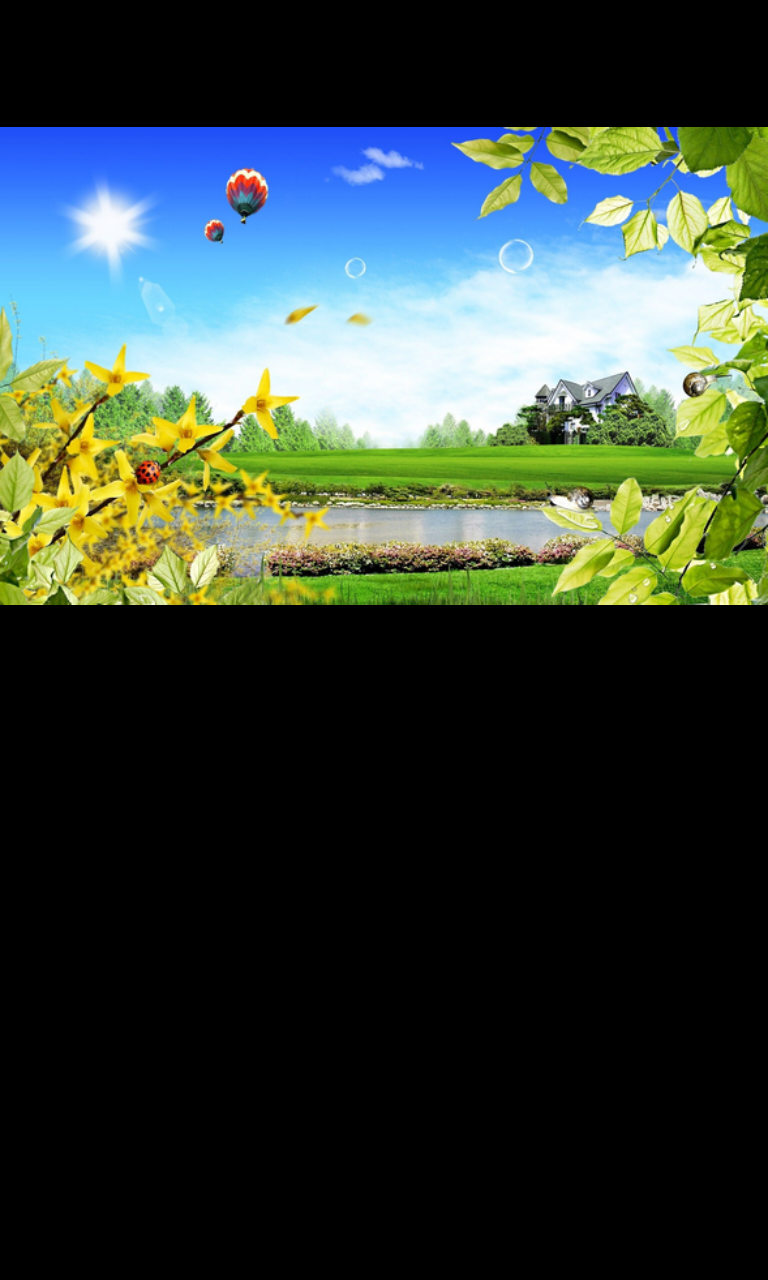
Repository: GuangmingChan/DevelopAndroidApp
Layout: demoImageView/res/layout/main.xml
The author's editor kept a copy of each file at every save. The layout is drawn from the files as they stood at one save, then again after the next save.
It is drawn on a 768 x 1280 px phone screen (xhdpi) without system bars, with theme android:Theme.Holo; the app's code is not run.

Above is the layout before, as saved 2017-03-13 06:31:46.

### demoImageView/res/layout/main.xml
<?xml version="1.0" encoding="utf-8"?>
<LinearLayout xmlns:android="http://schemas.android.com/apk/res/android"
    android:layout_width="fill_parent"
    android:layout_height="fill_parent"
    android:orientation="vertical" >

    <ImageView
        android:src="@drawable/sunshine"
        android:adjustViewBounds="false"
        android:layout_width="wrap_content"
        android:layout_height="wrap_content"
        android:maxWidth="300dp"
        android:maxHeight="200dp"
        android:scaleType="fitCenter"
    />

</LinearLayout>

After the next save:
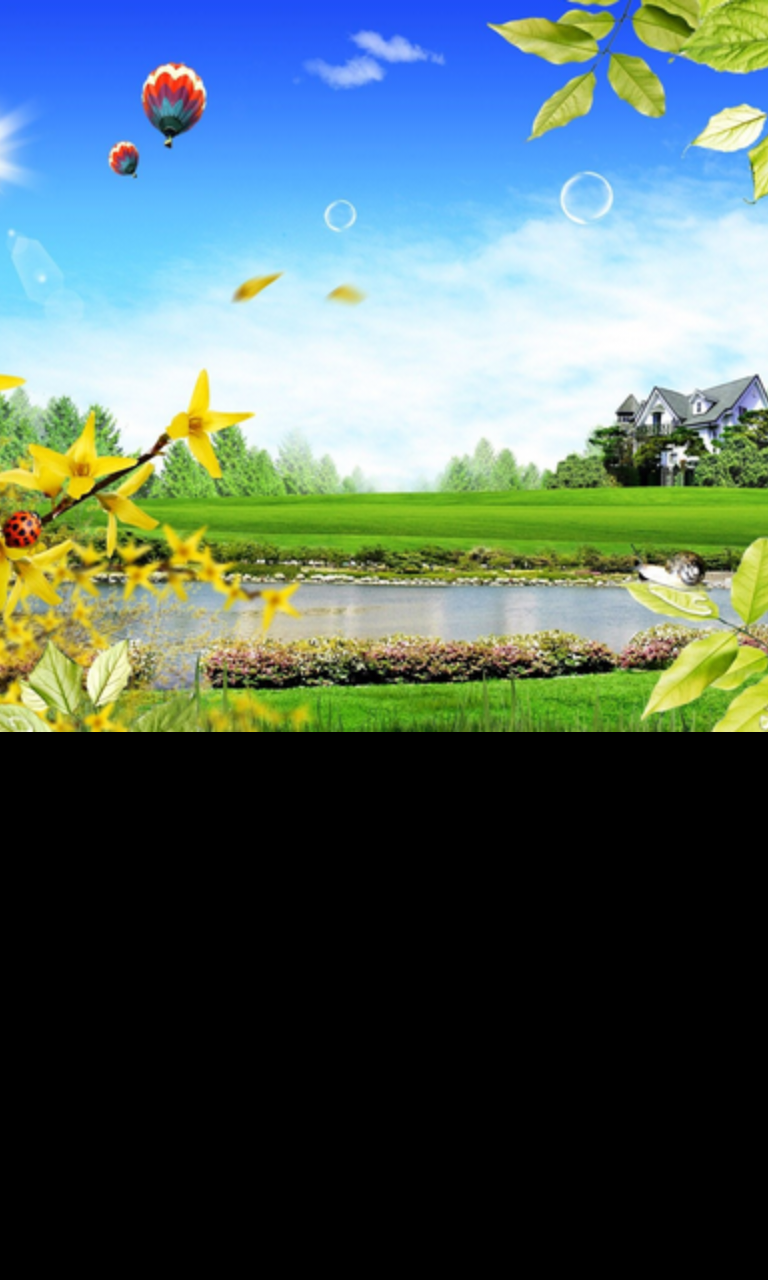
Saved 35 s later.
--- a/demoImageView/res/layout/main.xml
+++ b/demoImageView/res/layout/main.xml
@@ -11,7 +11,7 @@
         android:layout_height="wrap_content"
         android:maxWidth="300dp"
         android:maxHeight="200dp"
-        android:scaleType="fitCenter"
+        android:scaleType="center"
     />
 
 </LinearLayout>
